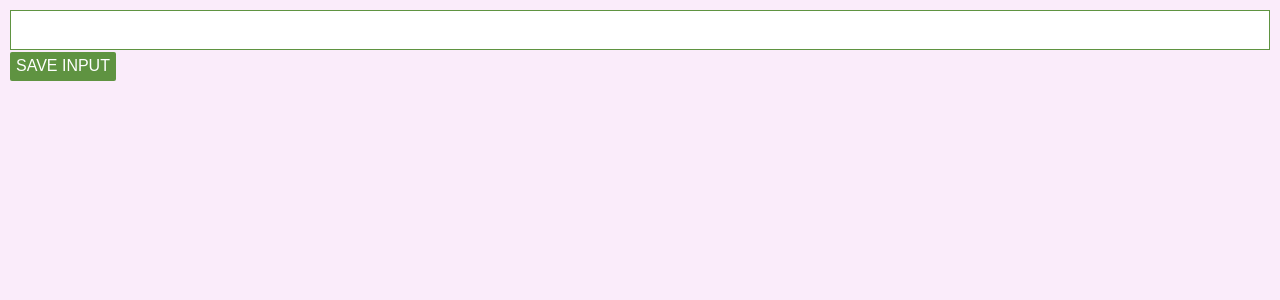
Repository: jt010051/chromeExtension
Page: index.html
These files come from the project's save history. The page is drawn as it stood at one moment and after the next save; the edit follows.
The browser window is 1280 px wide. The pictures show the whole page.

Above is the page before, as saved 2022-02-27 17:16:02.
Not found: index.js

### index.html
<html>
    <head><link rel="stylesheet" href="https://cdnjs.cloudflare.com/ajax/libs/normalize/8.0.1/normalize.css">
        <link rel="stylesheet" href="index.css">
    </head>
    <body>
        <input type="text" id="input-el">
        <button id="input-btn">SAVE INPUT</button>
        <script src="index.js"></script>
    </body>
</html>

### index.css
body {
    margin: 0;
    padding: 10px;
    font-family: Arial, Helvetica, sans-serif;
background-color: rgb(250, 236, 250);}




input {
    width: 100%;
    padding-left: 10px;
    padding-right: 10px;
    padding-bottom: 10px;
    padding-top: 10px;

    box-sizing: border-box;
    border: 1px solid #5f9341;
}

button {
   background: #5f9341;
   color: white;
   padding-top: 5px;
    padding-bottom: 5px;
    font-weight: lighter;
    border: none;
    border-radius: 2px;
    margin-bottom: 2px;
    margin-top: 2px;
}

After the next save:
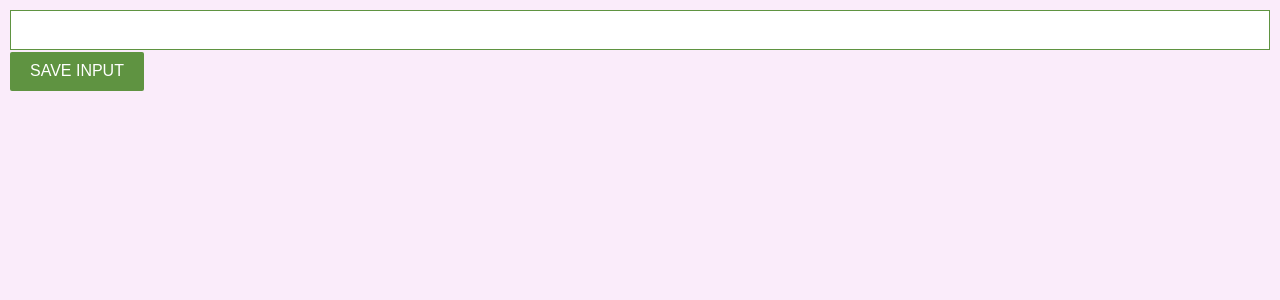
Saved 39 s later.
--- a/index.css
+++ b/index.css
@@ -21,8 +21,10 @@ input {
 button {
    background: #5f9341;
    color: white;
-   padding-top: 5px;
-    padding-bottom: 5px;
+   padding-top: 10px;
+    padding-bottom: 10px;
+    padding-left: 20px;
+    padding-right: 20px;
     font-weight: lighter;
     border: none;
     border-radius: 2px;
